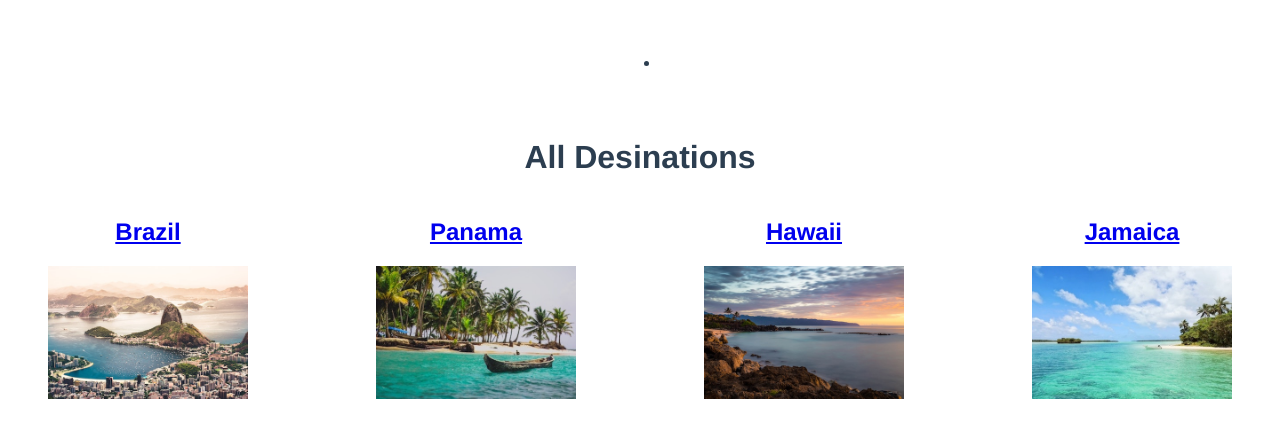
Repository: June-Hall/MiniTravelApp
Page: /
The author's editor kept a copy of each file at every save. The page is drawn from the files as they stood at one save, then again after a run of saves.
The browser window is 1280 px wide. The pictures show the whole page.
The project was rebuilt for these pictures with package versions that can differ from the ones it lists, and the page was loaded fresh each time. Also part of the build but not shown: vue.config.js.

Above is the page before, as saved 2023-03-30 14:26:45.

After the next 2 saves:
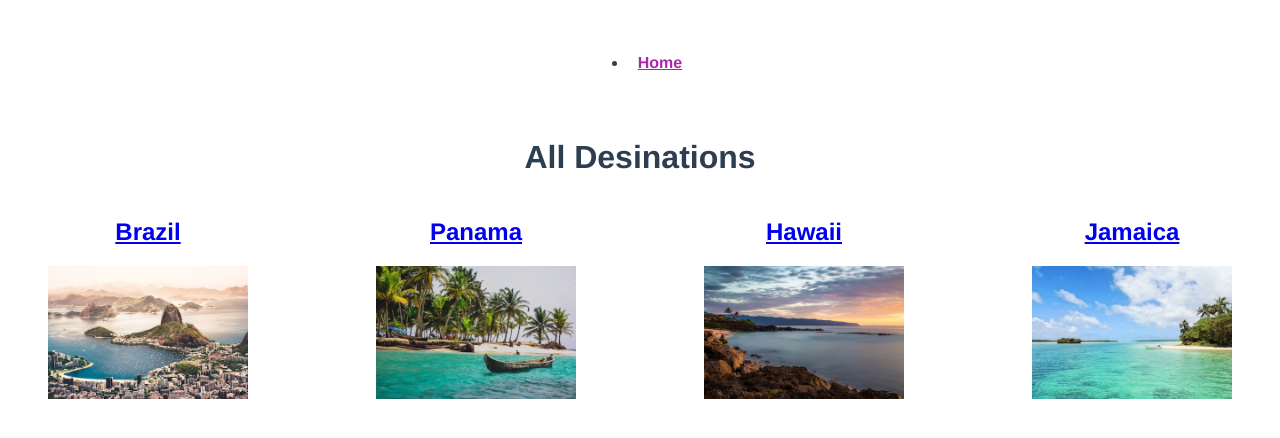
The 2 saves are shown as one change because 1 did not build or start.
The last was saved 19 s later.
--- a/src/components/TheNavigation.vue
+++ b/src/components/TheNavigation.vue
@@ -2,7 +2,7 @@
   <nav id="nav">
     <ul class="nav-links">
       <li class="links">
-
+        <router-link to="/"> Home </router-link>
       </li>
     </ul>
   </nav>
